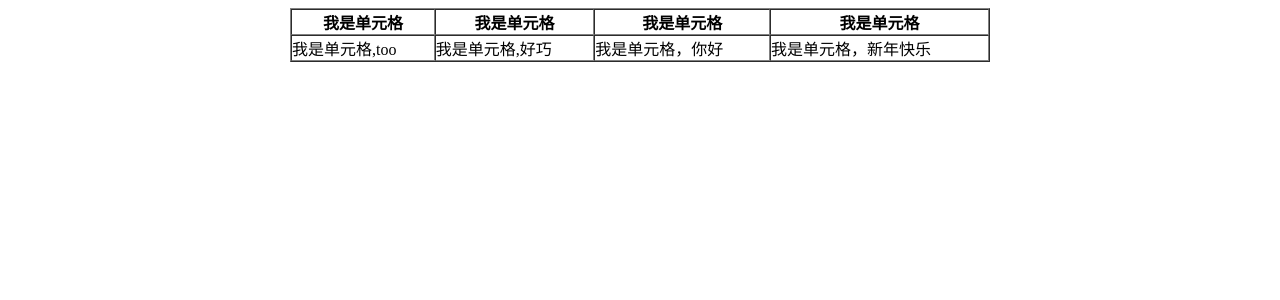
Repository: Qwenicq/My_project
Page: html/HTML_learning/2_html.html
These files come from the project's save history. The page is drawn as it stood at one moment and after the next save; the edit follows.
The browser window is 1280 px wide. The pictures show the whole page.

Above is the page before, as saved 2023-03-28 21:07:52.

After the next save:
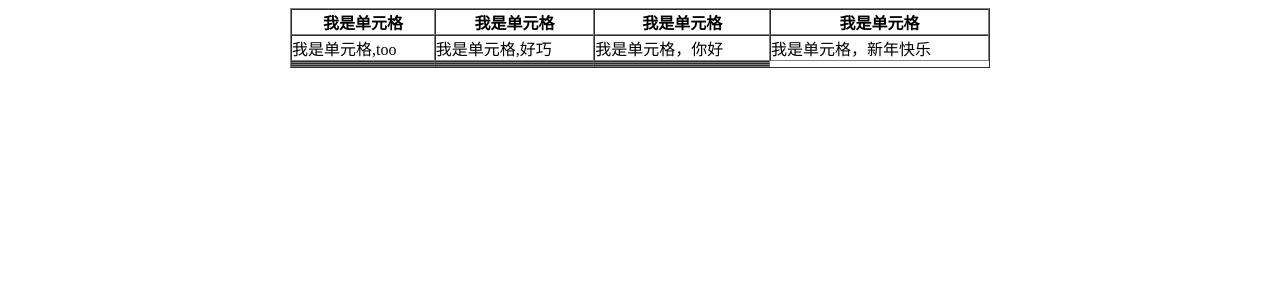
Saved 5 min 27 s later.
--- a/html/HTML_learning/2_html.html
+++ b/html/HTML_learning/2_html.html
@@ -25,6 +25,21 @@
                 <td>我是单元格，你好</td>
                 <td>我是单元格，新年快乐</td>
             </tr>
+            <tr>
+                <td></td>
+                <td></td>
+                <td></td>
+            </tr>
+            <tr>
+                <td></td>
+                <td></td>
+                <td></td>
+            </tr>
+            <tr>
+                <td></td>
+                <td></td>
+                <td></td>
+            </tr>
      </tbody>
 
     </table>
